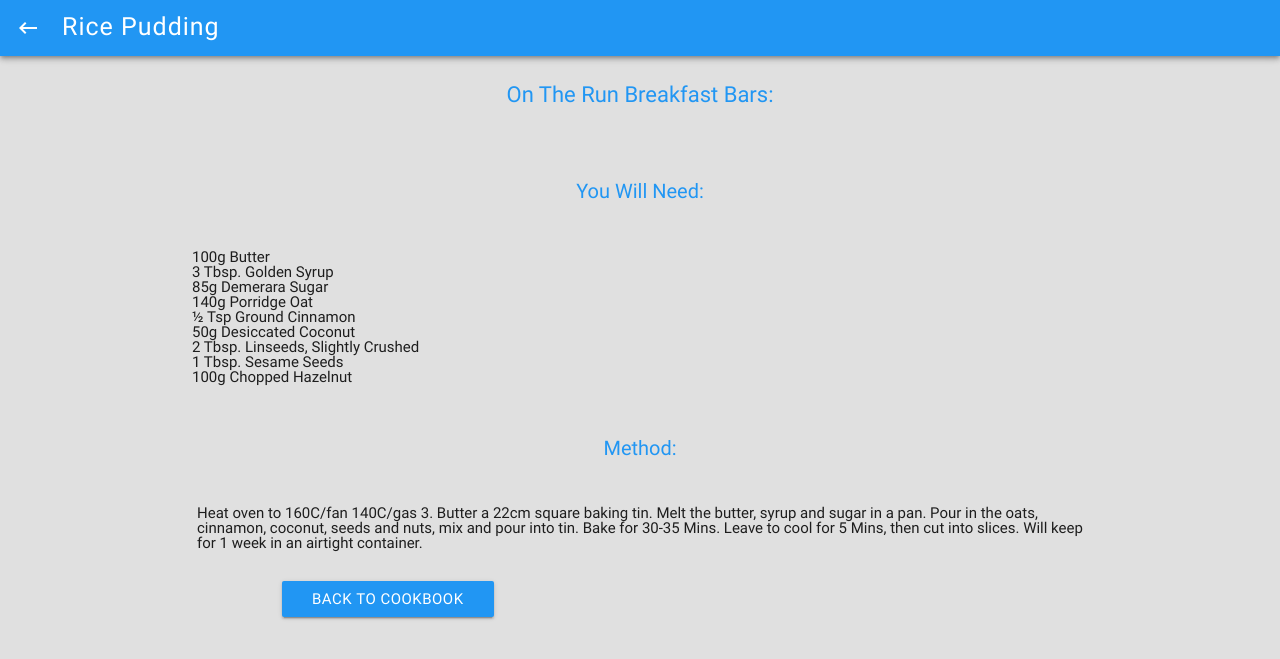
Repository: mattmoloney/vitae-2.0
Page: http://localhost/recipes/dessert_recipies/derecipie4.php
The author's editor kept a record of every edit. The page is drawn from the files as they stood at one moment, then again after the next edit.
The browser window is 1280 px wide. The pictures show the whole page.
The page is run by PHP 8.4 with error messages shown; the project is at /var/www/html/.

Above is the page before.

After the next edit:
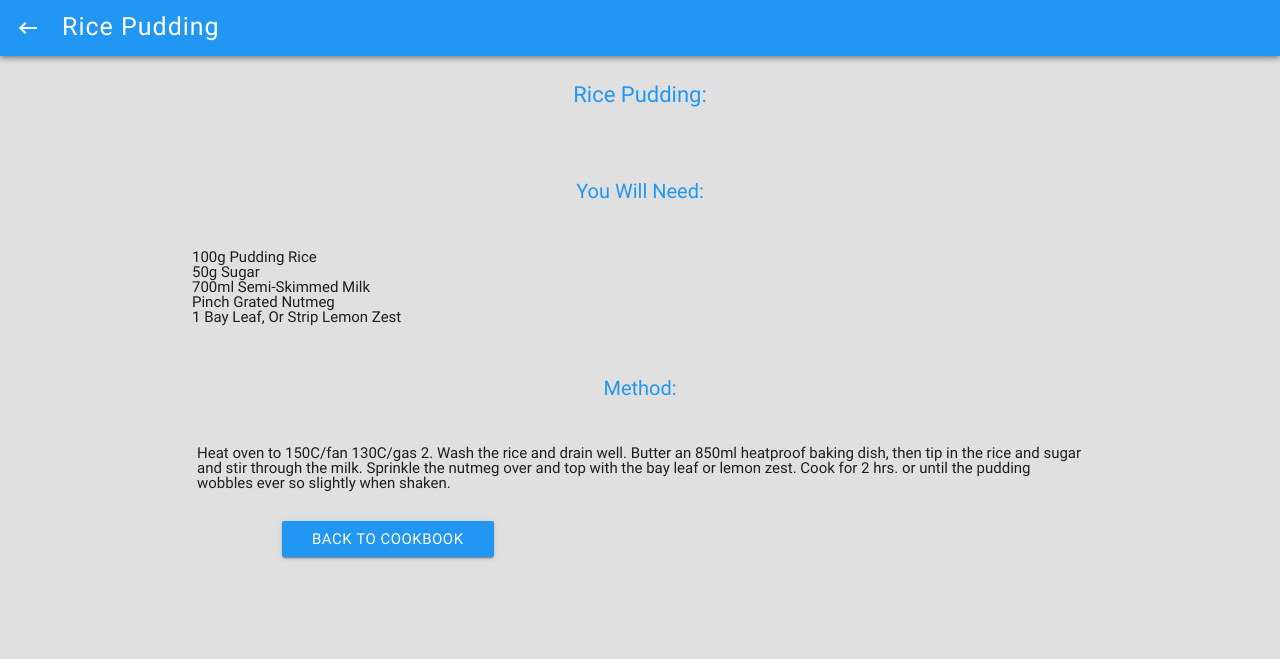
The edit:
--- a/recipes/dessert_recipies/derecipie4.php
+++ b/recipes/dessert_recipies/derecipie4.php
@@ -35,35 +35,25 @@
 
 <div class="container">
 
-                <h2>On The Run Breakfast Bars:</h2>
+                <h2>Rice Pudding:</h2>
                 <br>
                 <br>
                 <h3>You Will Need:</h3>
                 <br>
                 <br>
                 <ul id="ingredience">
-                    <li>100g Butter</li>
-                    <li>3 Tbsp. Golden Syrup</li>
-                    <li>85g Demerara Sugar</li>
-                    <li>140g Porridge Oat</li>
-                    <li>½ Tsp Ground Cinnamon</li>
-                    <li>50g Desiccated Coconut</li>
-                    <li>2 Tbsp. Linseeds, Slightly Crushed</li>
-                    <li>1 Tbsp. Sesame Seeds</li>
-                    <li>100g Chopped Hazelnut</li>
+                    <li>100g Pudding Rice</li>
+                    <li>50g Sugar</li>
+                    <li>700ml Semi-Skimmed Milk</li>
+                    <li>Pinch Grated Nutmeg</li>
+                    <li>1 Bay Leaf, Or Strip Lemon Zest</li>
                 </ul>
                 <br>
                 <br>
                 <h3>Method:</h3>
                 <br>
                 <br>
-                <p>Heat oven to 160C/fan 140C/gas 3. Butter a 22cm square baking tin.
-
-Melt the butter, syrup and sugar in a pan. Pour in the oats, cinnamon, coconut, seeds and nuts, mix and pour into tin.
-
-Bake for 30-35 Mins. Leave to cool for 5 Mins, then cut into slices.
-Will keep for 1 week in an airtight container.
-</p>
+                <p>Heat oven to 150C/fan 130C/gas 2. Wash the rice and drain well. Butter an 850ml heatproof baking dish, then tip in the rice and sugar and stir through the milk. Sprinkle the nutmeg over and top with the bay leaf or lemon zest. Cook for 2 hrs. or until the pudding wobbles ever so slightly when shaken.</p>
 
                      <a href="food.php"><input class="btn" type="submit" name="submit" value="Back to CookBook" style="margin-left: 6em; margin-bottom: 1em; margin-top: 2em;" /></a>
 
